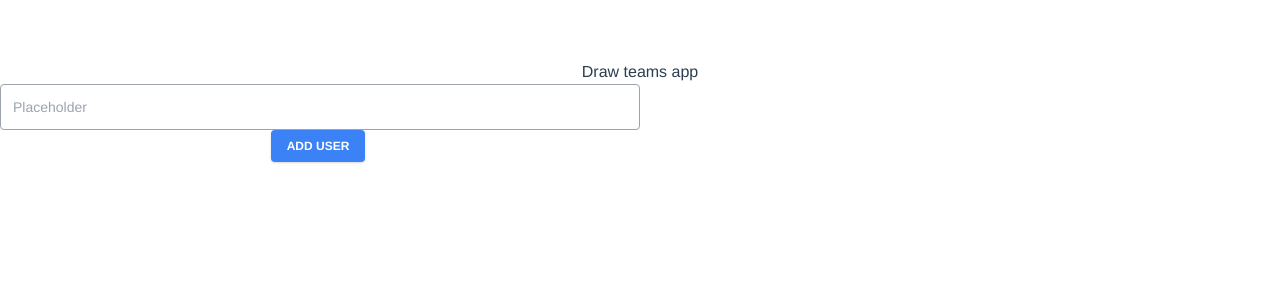
Repository: AlekJanevski/draw-teams-app
Page: /
The author's editor kept a copy of each file at every save. The page is drawn from the files as they stood at one save, then again after the next save.
The browser window is 1280 px wide. The pictures show the whole page.
The project was rebuilt for these pictures with package versions that can differ from the ones it lists, and the page was loaded fresh each time.

Above is the page before, as saved 2021-03-18 20:19:59.

After the next save:
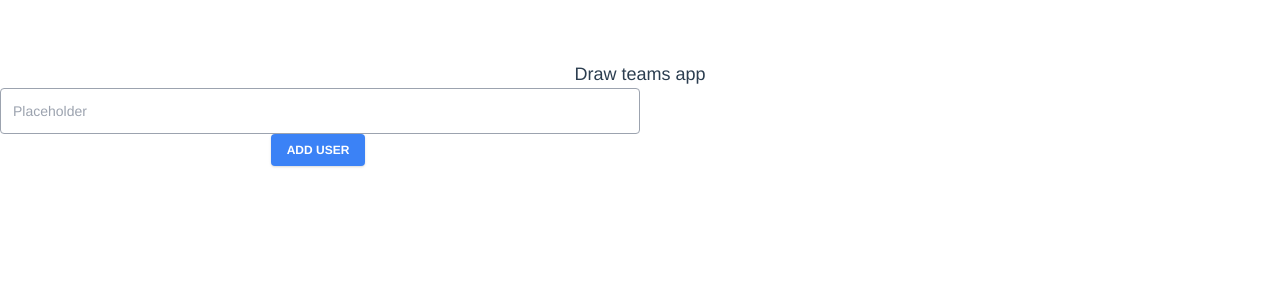
Saved 63 s later.
--- a/src/components/HelloWorld.vue
+++ b/src/components/HelloWorld.vue
@@ -1,6 +1,6 @@
 <template>
   <div>
-    <h1>Draw teams app</h1>
+    <h1 class="text-lg">Draw teams app</h1>
 
     <!-- Add user wrapper starts -->
     <div class="w-1/2 pt-0 mb-3">
